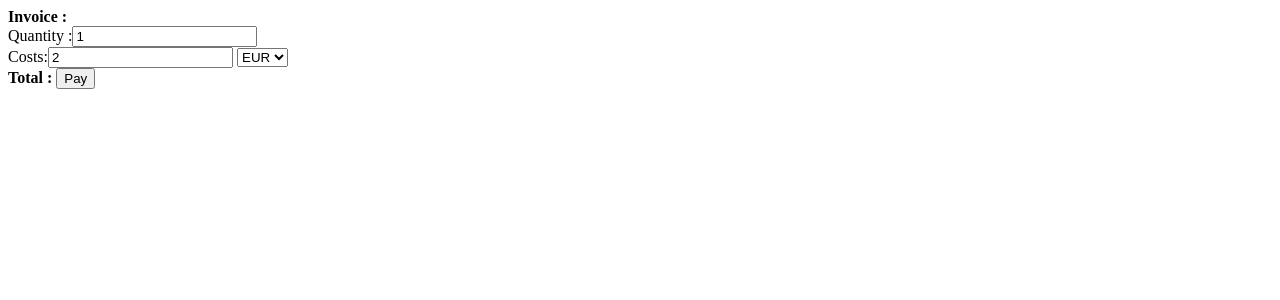
Repository: AKASHWETA/Angular
Page: Angular/WebContent/html/temp/tem2.html
The author's editor kept a copy of each file at every save. The page is drawn from the files as they stood at one save, then again after the next save.
The browser window is 1280 px wide. The pictures show the whole page.

Above is the page before, as saved 2016-10-16 13:47:35.

After the next save:
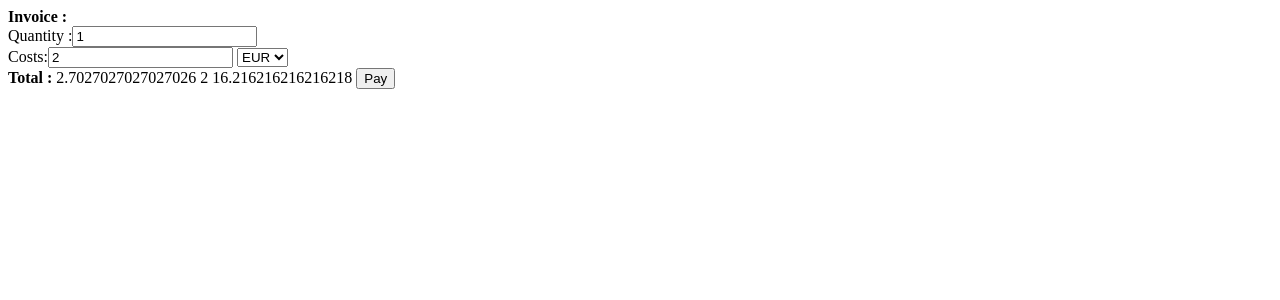
Saved 12 min 15 s later.
--- a/Angular/WebContent/html/temp/tem2.html
+++ b/Angular/WebContent/html/temp/tem2.html
@@ -22,7 +22,7 @@
 <div>
 <b> Total :</b>
 <span ng-repeat="c in invoice.currencies">
-{{invoice.total(c) | currenc:c}}
+{{invoice.total(c)}}
 </span>
 <button class="btn" ng-click="invoice.pay()">Pay</button>
 </div>

After the save that followed:
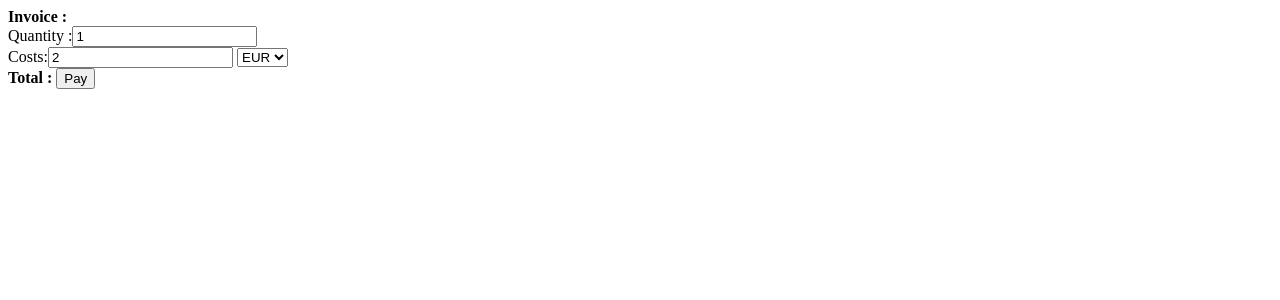
Saved 46 s later.
--- a/Angular/WebContent/html/temp/tem2.html
+++ b/Angular/WebContent/html/temp/tem2.html
@@ -22,7 +22,7 @@
 <div>
 <b> Total :</b>
 <span ng-repeat="c in invoice.currencies">
-{{invoice.total(c)}}
+{{invoice.total(c) | }}
 </span>
 <button class="btn" ng-click="invoice.pay()">Pay</button>
 </div>
